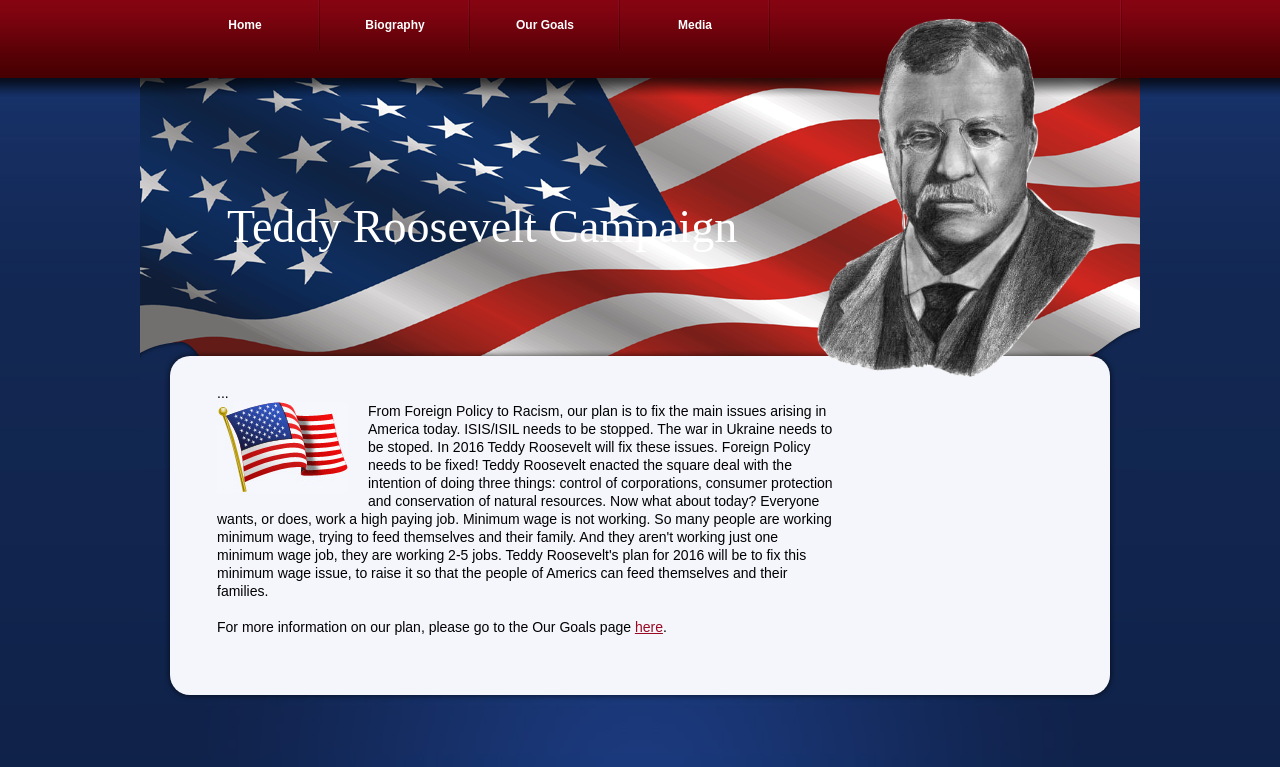
Repository: teddyroosevelt618/teddyroosevelt618.github.io
Page: index.html
The author's editor kept a record of every edit. The page is drawn from the files as they stood at one moment, then again after the next edit.
The browser window is 1280 px wide. The pictures show the whole page.

Above is the page before.

After the next edit:
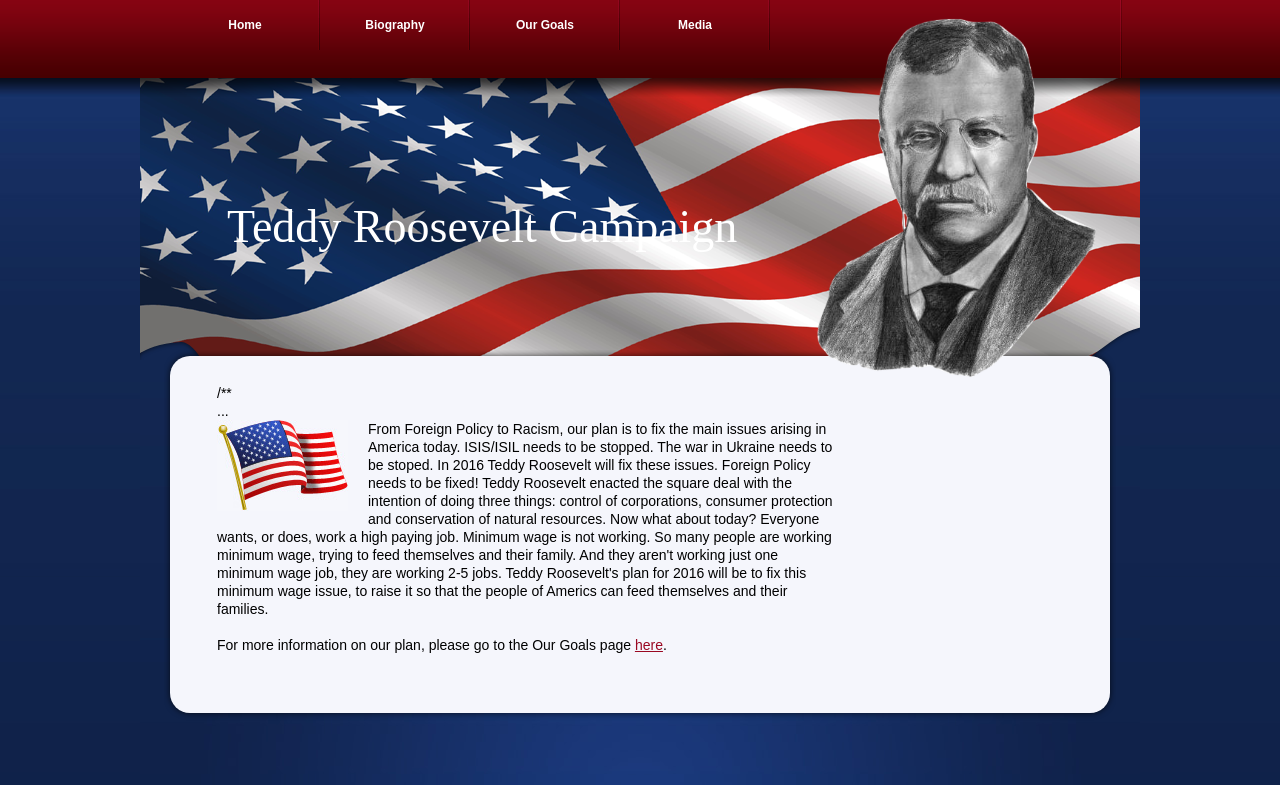
The edit:
--- a/index.html
+++ b/index.html
@@ -52,7 +52,8 @@
                   <div class="wrapper">
                     <div class="pad_right2">
                       <div class="wrapper pad_bot1">
-                        <div class="center">
+                        /**
+                        <div id="center">
                         <div id="cp_widget_250d5d4e-7a85-409d-a9c4-81dd3ddc9951">...</div><script type="text/javascript">
 var cpo = []; cpo["_object"] ="cp_widget_250d5d4e-7a85-409d-a9c4-81dd3ddc9951"; cpo["_fid"] = "AoKAfJsVUlQh";
 var _cpmp = _cpmp || []; _cpmp.push(cpo);
